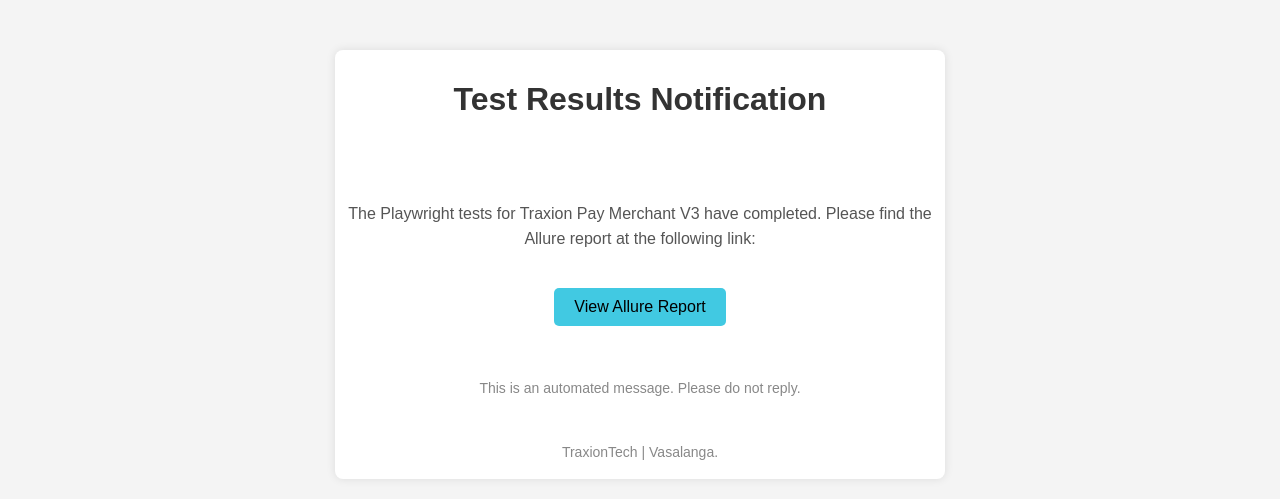
Repository: jmendozaqa24/TraxionPay-V3
Page: template.html
An editor plug-in stored every save of this project. The page is shown before and after the next save, followed by the edit.
The browser window is 1280 px wide. The pictures show the whole page.

Above is the page before, as saved 2025-01-31 10:03:56.

After the next save:
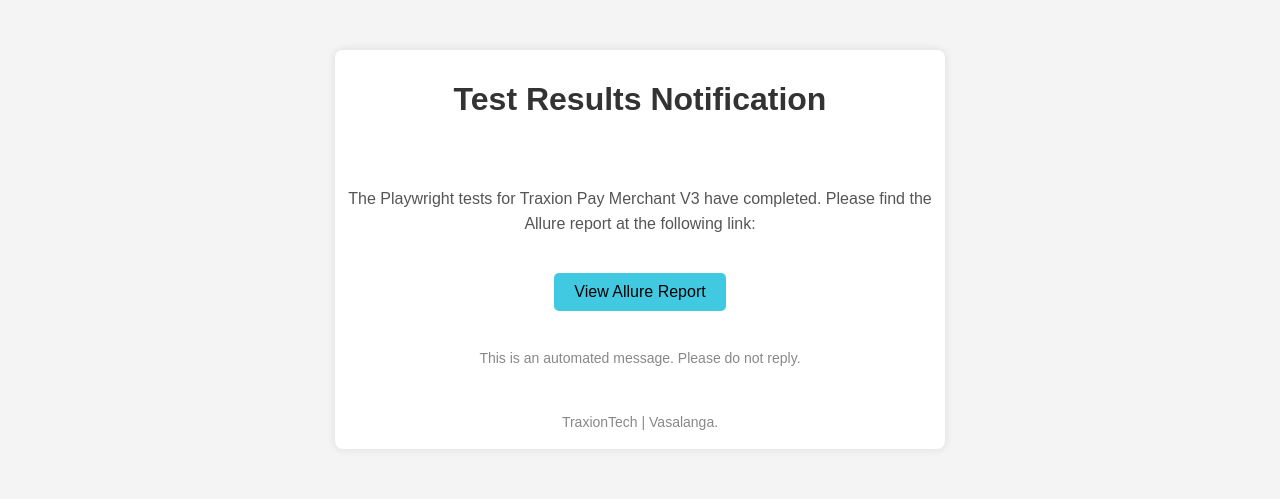
Saved 35 s later.
--- a/template.html
+++ b/template.html
@@ -10,7 +10,7 @@
                     <div style="text-align: center; padding-bottom: 20px;">
                         <h1 style="color: #333333; margin: 5; padding: 5px 0; ">Test Results Notification</h1>
                     </div>
-                    <div style="text-align: center; padding: 20px 0;">
+                    <div style="text-align: center; padding: 5px 0;">
                         <p style="color: #555555; font-size: 16px; line-height: 1.6;">
                             The Playwright tests for Traxion Pay Merchant V3 have completed. Please find the Allure report at the following link:
                         </p>

After the save that followed:
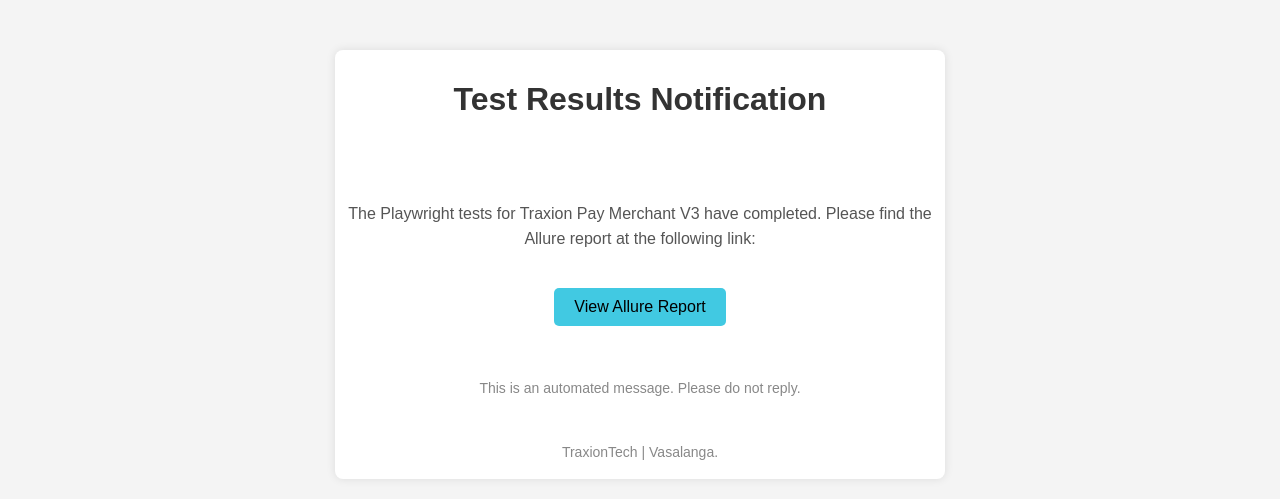
Saved 5 s later.
--- a/template.html
+++ b/template.html
@@ -10,7 +10,7 @@
                     <div style="text-align: center; padding-bottom: 20px;">
                         <h1 style="color: #333333; margin: 5; padding: 5px 0; ">Test Results Notification</h1>
                     </div>
-                    <div style="text-align: center; padding: 5px 0;">
+                    <div style="text-align: center; padding: 20px 0;">
                         <p style="color: #555555; font-size: 16px; line-height: 1.6;">
                             The Playwright tests for Traxion Pay Merchant V3 have completed. Please find the Allure report at the following link:
                         </p>
